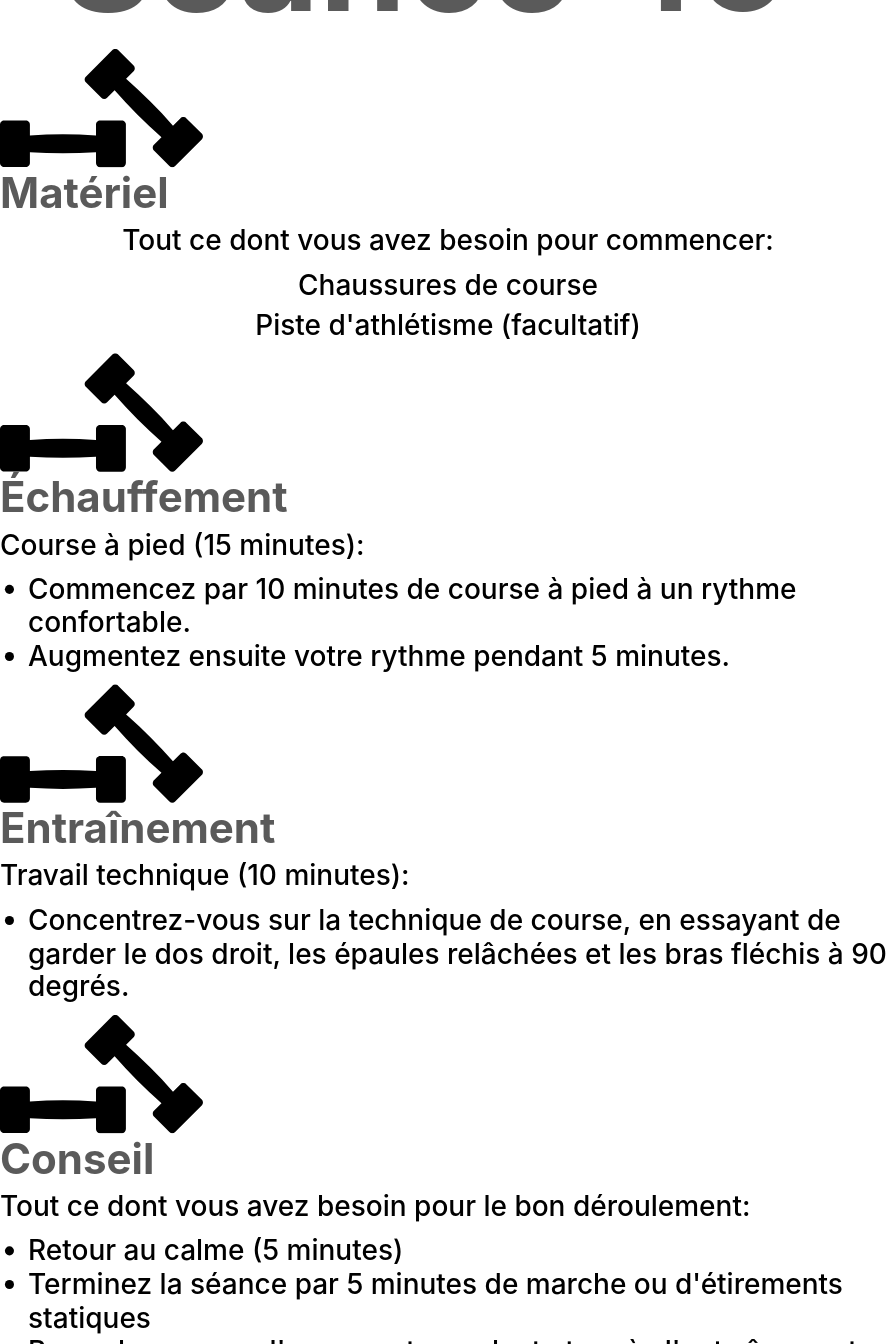
Repository: AdilGHAZAL/MosaiqueWebdoc
Page: /
The author's editor kept a copy of each file at every save. The page is drawn from the files as they stood at one save, then again after the next save.
The browser window is 1280 px wide. The pictures show the part of the page from y = 429 to 2349 px (the page is 3540 px tall before and 4180 px after), at 70% of full size.
Some web fonts or font styles are not loaded; a fallback is used. Some web libraries are served in a nearby version. The project was rebuilt for these pictures with package versions that can differ from the ones it lists, and the page was loaded fresh each time. Also part of the build but not shown: vite.config.js, src/App.css, src/components/Athletes.css, src/firebaseConfig.jsx, src/components/Athletes.jsx, src/components/Athletes2.jsx, src/components/Athletes3.jsx, src/components/VideoYoutube.css and 13 more.

Above is the page before, as saved 2024-05-02 21:13:22.

### index.html
<!doctype html>
<html lang="en">
  <head>
    <meta charset="UTF-8" />
    <link rel="icon" type="image/svg+xml" href="./src/logos/logoMosaique.svg" />
    <meta name="viewport" content="width=device-width, initial-scale=1.0" />
    <title>Mosaique</title>
    <link rel="preconnect" href="https://fonts.googleapis.com">
<link rel="preconnect" href="https://fonts.gstatic.com" crossorigin>
<link href="https://fonts.googleapis.com/css2?family=Mina:wght@400;700&display=swap" rel="stylesheet">
<link rel="stylesheet" href="https://cdn.jsdelivr.net/npm/bootswatch@4.5.2/dist/minty/bootstrap.min.css">
  </head>
  <body>
    <div id="root"></div>
    <script type="module" src="/src/main.jsx"></script>
  </body>
</html>

### src/App.jsx
import React from 'react';
import { BrowserRouter as Router, Routes, Route } from 'react-router-dom';
import './App.css';
import HomePage from './components/HomePage';
import Athlete1 from './Athelete1/Athlete1'; // Correct the file path
import LoginScreen from './LoginScreen';
import MainView from './backoffice';
import TrainingPage from './TrainingPage';

const App = () => {
    return (
        <Router>
            <Routes>
                <Route path="/" element={<TrainingPage/>} />
                <Route path="/athlete/:id" element={<Athlete1 />} />
                <Route path="/login" element={<LoginScreen />} />
                <Route path="/backoffice" element={<MainView />} />
            </Routes>
        </Router>
    );
};

export default App;

### src/index.css
:root {
  --rose: #E9257F

}

### src/TrainingPage.jsx
import React from 'react';
import './TrainingPage.css';  // Assurez-vous que le chemin vers le fichier CSS est correct
import Navbar from './components/Navbar';
import Footer from './components/Footer';

const TrainingPage = () => {
  return (

    <div className="containerTraining">
      <Navbar/>
      <section className="session-info">
        <h2>Tout pour bien commencer</h2>
      </section>

      <div className="sectionMaterial">
        <h1>Séance 45'</h1>
        <img src="./src/assets/Icon2.svg" alt="Icône séance" />
        <h2>Matériel</h2>
        <p>Tout ce dont vous avez besoin pour commencer:</p>
        <ul>
          <li> Chaussures de course</li>
          <li> Piste d'athlétisme (facultatif)</li>
        </ul>
      </div>

      <div className="sectionWarmUp">
        <img src="./src/assets/Icon2.svg" alt="Icône échauffement" />
        <h2>Échauffement</h2>
        <div>
          <p>Course à pied (15 minutes):</p>
          <ul>
            <li>Commencez par 10 minutes de course à pied à un rythme confortable.</li>
            <li>Augmentez ensuite votre rythme pendant 5 minutes.</li>
          </ul>
        </div>
      </div>

      <div className="sectionTraining">
        <img src="./src/assets/Icon2.svg" alt="Icône entraînement" />
        <h2>Entraînement</h2>
        <div>
          <p>Travail technique (10 minutes):</p>
          <ul>
            <li>Concentrez-vous sur la technique de course, en essayant de garder le dos droit, les épaules relâchées et les bras fléchis à 90 degrés.</li>
          </ul>
        </div>
      </div>

      <div className="sectionAdvice">
        <img src="./src/assets/Icon2.svg" alt="Icône conseil" />
        <h2>Conseil</h2>
        <div>
          <p>Tout ce dont vous avez besoin pour le bon déroulement:</p>
          <ul>
            <li>Retour au calme (5 minutes)</li>
            <li>Terminez la séance par 5 minutes de marche ou d'étirements statiques</li>
            <li>Buvez beaucoup d'eau avant, pendant et après l'entraînement</li>
            <li>Variez vos séances d'entraînement pour éviter la monotonie et de vous blesser</li>
          </ul>
          <p>Voici quelques exemples d'exercices de mobilité, de technique de course, de plyométrie et de renforcement musculaire :</p>
          <ul>
            <li>Exercices de mobilité: Cercles de bras, Rotations de hanches, Fentes</li>
            <li>Technique de course: Course avec foulées courtes, talons au sol, montée des genoux</li>
            <li>Plyométrie: Sauts de grenouille, Talons-fesses</li>
            <li>Renforcement musculaire: Squats, Fentes, Pompes, Exercices avec poids légers</li>
          </ul>
        </div>
      </div>
      <Footer/>
    </div>
  );
};

export default TrainingPage;

### src/components/Navbar.jsx
import React, { useState } from 'react';
import './Navbar.css';
import Burger from "../assets/menuBurger.svg";
import Cross from "../assets/cross.svg";
import iconMosaique from "../logos/logoMosaique.svg";
import iconVilleparis from "../logos/logoVilledeparis.svg";

const Navbar = () => {
  const [isOpen, setOpen] = useState(false); // State to manage the menu visibility

  return (
    <div className="navbar">
      <div className="logo-container">
        <a href="URL_of_the_first_logo" target='_blank' rel="noopener noreferrer">
          <img className="logo" src={iconMosaique} alt="First Logo" />
        </a>
        <img className="cross-icon" src={Cross} alt="Cross Icon" />
        <a href="https://www.paris.fr"  target='_blank' rel="noopener noreferrer">
          <img className="logo" src={iconVilleparis} alt="Second Logo" />
        </a>
      </div>
      <div className="right-container">
        <div className="text-containerNav">
            Athlétisme
        </div>
        <div className="menuBurger">
          <img src={Burger} alt="Menu Burger Icon" onClick={() => setOpen(!isOpen)} />
        </div>
      </div>
      {isOpen && (
        <div className="dropdown-menu">

          <a href="/login">Login</a>
          <a href="#parcours">Des parcours examplaire</a>
          <a href="#exclusive">Vidéo exclusive</a>
          <a href="#sessions">Séances d'entraînement</a>
        </div>
      )}
    </div>
  );
};

export default Navbar;

### src/components/HomePage.css
/* App.css */
body {
    margin: 0;
    background-color: #ffffff;
    color: #000000;
    display: flex;
    flex-direction: column;
    align-items: center;
    justify-content: center;
    min-height: 100vh;

  }

  .app-container {
      font-family: "SF Pro Display-Medium", Helvetica;
    width: 100vw;
    height: 100%;
    min-height: 100vh;
    /*  background-image: url('./assets/ub1.png');*/
    display: flex;
    flex-direction: column;
    margin: auto;
    background-color: #ffffff;
  }

  .main-title {
    font-family: 'SF Pro Display', sans-serif;
    font-size: 70px;
    font-weight: 500;
    line-height: 83.54px;
    text-align: center;
    margin-top: 100px;
    color: #000000;

  }


  .bold-text {
    font-weight: 700;
  }

  .content {
    padding: 20px;
    width: 100%;
    max-width: 1200px;
    margin: auto;

  }

  .UBimage {
    width: auto;
  }

  .bottom-text {
    font-size: 18px;
    text-align: center;
    margin-top: 30px;
  }
  .scroll-reveal > * {
    /* text-align: justify; */
    display: inline;
    color:hsl(0deg 22.14% 64.8% / 20%);
    font-size: 60px;
    font-weight: 500;
    background-clip: text;
    background-repeat: no-repeat;
    background-size: 0% 100%;
    background-image: linear-gradient( #E9257F, #ce1f71 );
    animation: scroll-reveal linear forwards;
    animation-timeline: view();
  }

  .scroll-text {

    text-align: justify;
  }
  @keyframes scroll-reveal {
    to {
      background-size: 100% 100%;
    }
  }
  .scroll-reveal p {
    /* font-family: SF Pro Display; */


  }

  .scrollPhotos {
    display: flex;
    justify-content: flex-start; /* Align photos to the maximum left */
    width: 100%;
    overflow-x: auto; /* Enable horizontal scrolling if photos exceed container width */
    padding: 20px 0; /* Optional padding */
  }

### src/components/Footer.jsx
import React from 'react';
import './Footer.css';

function Footer() {
  return (
    <footer className="footer" style={{ backgroundImage: "url('./assets/footer.png')" }}>
      <div className="container">
      </div>
    </footer>
  );
}

export default Footer;

### src/TrainingPage.css
/* Styles pour "Tout pour bien commencer" */
.session-info h2 {
    font-family: 'SF Pro Display', sans-serif;
    font-size: 70px;
    font-weight: 500;
    line-height: 83.54px;
    text-align: center;
    margin-top: 10rem;
  }

  .sectionMaterial h1 {
    font-family: 'SF Pro Display', sans-serif;
    font-size: 200px;
    font-weight: 700;
    line-height: 238.67px;
    text-align: center;
  }

  /* Styles pour "Matériel" */
  .sectionMaterial h2 {
    font-family: 'SF Pro Display', sans-serif;
    font-size: 60px;
    font-weight: 700;
    line-height: 71.6px;
    text-align: justify; /* Notez que 'justify' n'est pas valide pour 'text-align', vous voudriez peut-être utiliser 'justified' dans une classe différente si c'est nécessaire */
  }

  /* Styles pour "Tout ce dont vous avez besoin pour commencer:" et la liste */
  .sectionMaterial p, .sectionMaterial ul {
    font-family: 'SF Pro Display', sans-serif;
    font-size: 40px;
    font-weight: 500;
    line-height: 47.73px;
    text-align: center;
  }

  /* Styles additionnels pour la liste pour garder les icônes alignées */
  .sectionMaterial ul {
    padding: 0;
    list-style-type: none; /* Enlève les puces de la liste */
  }

  .sectionMaterial li {
    margin-bottom: 10px; /* Espacement entre les éléments de la liste */
  }

  .sectionMaterial .icon {
    font-size: 40px; /* Assure que les icônes ont la même taille de police que le texte */
    margin-right: 10px; /* Espacement entre l'icône et le texte */
  }
  .sectionWarmUp h2 {
    font-family: 'SF Pro Display', sans-serif;
    font-size: 60px;
    font-weight: 700;
    line-height: 71.6px;
    text-align: justify; /* Note: 'justify' n'est pas typiquement utilisé pour les titres, envisagez 'left', 'center', ou 'right' */
  }
  .sectionWarmUp div p, .sectionWarmUp div ul {
    font-family: 'SF Pro Display', sans-serif;
    font-size: 40px;
    font-weight: 700; /* pour le texte plus gras */
    line-height: 47.73px;
    text-align: left;
  }

  .sectionWarmUp div p, .sectionWarmUp div ul li {
    font-family: 'SF Pro Display', sans-serif;
    font-size: 40px;
    font-weight: 500; /* pour le texte moins gras */
    line-height: 47.73px;
    text-align: left;
  }
  .sectionTraining h2 {
    font-family: 'SF Pro Display', sans-serif;
    font-size: 60px;
    font-weight: 700;
    line-height: 71.6px;
    text-align: justify; /* Note: 'justify' n'est pas typiquement utilisé pour les titres, envisagez 'left', 'center', ou 'right' */
  }
  .sectionTraining div p, .sectionTraining div ul {
    font-family: 'SF Pro Display', sans-serif;
    font-size: 40px;
    font-weight: 700; /* pour le texte plus gras */
    line-height: 47.73px;
    text-align: left;
  }

  .sectionTraining div p, .sectionTraining div ul li {
    font-family: 'SF Pro Display', sans-serif;
    font-size: 40px;
    font-weight: 500; /* pour le texte moins gras */
    line-height: 47.73px;
    text-align: left;
  }
  .sectionAdvice h2 {
    font-family: 'SF Pro Display', sans-serif;
    font-size: 60px;
    font-weight: 700;
    line-height: 71.6px;
    text-align: justify; /* Note: 'justify' n'est pas typiquement utilisé pour les titres, envisagez 'left', 'center', ou 'right' */
  }
  .sectionAdvice div p, .sectionAdvice div ul {
    font-family: 'SF Pro Display', sans-serif;
    font-size: 40px;
    font-weight: 700; /* pour le texte plus gras */
    line-height: 47.73px;
    text-align: left;
  }

  .sectionAdvice div p, .sectionAdvice div ul li {
    font-family: 'SF Pro Display', sans-serif;
    font-size: 40px;
    font-weight: 500; /* pour le texte moins gras */
    line-height: 47.73px;
    text-align: left;
  }

### src/components/Navbar.css

.navbar {
    position: fixed;
    top: 0;
    left: 0;
    right: 0;
    display: flex;
    justify-content: space-between;
    align-items: center;
    padding: 10px 20px;
    background-color: #fff;
    box-shadow: 0 2px 4px rgba(0,0,0,0.1);
    z-index: 1000;

  }

  .logo-container {
    display: flex;
    align-items: center;
  }

  .logo {
    height: 50px;
    margin-right: 15px;
  }

  .cross-icon {
    height: 20px;
    margin-right: 15px;
  }

  .menuBurger img {
    cursor: pointer;
    height: 30px;
  }

  .text-containerNav {
    font-size: 20px;
    color: #000;
    font-weight: bold;
    margin-right: 20px;
  }


  .right-container {
    display: flex;
    align-items: center;
  }
  .dropdown-menu {
    display: flex;
    flex-direction: row;
    position: absolute;
    top: 60px;
    right: 20px;
    background: white;
    box-shadow: 0 4px 8px rgba(0,0,0,0.1);
    padding: 10px;
    z-index: 1010;
  }

  .dropdown-menu a {
    padding: 8px 12px;
    color: black;
    text-decoration: none;
    font-size: 16px;
    border-bottom: 1px solid #f1f1f1;
  }

  .dropdown-menu a:last-child {
    border-bottom: none;
  }

  .dropdown-menu a:hover {
    background-color: #f8f8f8;
  }


  @media (max-width: 992px) {
    .menuBurger img {
      height: 25px;
    }

    .text-containerNav {
      font-size: 18px;
    }
  }

  @media (max-width: 768px) {
    .logo {
      height: 40px;
    }

    .text-containerNav {
      font-size: 16px;
      margin-right: 10px;
    }

    .menuBurger {
      display: block;
    }

    .cross-icon {
      display: none;
    }
  }

  @media (max-width: 480px) {
    .navbar {
      flex-direction: column;
      align-items: center;
      padding: 10px;
    }

    .logo-container,
    .right-container {
      flex-direction: column;
      align-items: center;
      width: 100%;
    }

    .logo {
      margin-bottom: 5px;
    }

    .text-containerNav, .menuBurger {
      width: 100%;
      justify-content: center;
      display: flex;
      margin-top: 5px;
    }

    .menuBurger img {
      margin: auto;
    }
  }

### src/components/Footer.css
/* Footer.css */

/* Style for the footer */
.footer {
    background-image: url('your-image-url.jpg'); /* Specify the URL of your background image */
    background-size: cover; /* Ensure the image covers the entire footer */
    background-position: center; /* Center the image within the footer */
    padding: 0;
    text-align: center;
    width: 100%;
    height: 551px; /* Fixed height of the footer */
    margin-top: 50px;
}

/* Style for the container inside the footer */
.footer .container {
    background-image: url('../assets/footer.png');
    background-repeat: no-repeat;
    background-size: 100% 100%; /* Make the background image fill the container */
    height: 551px;
    width: 100%;
    margin: 0 auto;
}

/* Style for the text inside the footer */
.footer .text-muted {
    color: #6c757d;
}

@media (max-width: 100%) {
    /* Adjust styles for smaller screen widths */
    .footer {
        height: auto; /* Allow footer to expand with content */
        padding: 20px;
    }

    .footer .container {
        max-width: 100%; /* Adjust container width for smaller screens */
    }
}

### src/components/PhotoGrid.css
.photoGridContainer {
    display: grid;
    grid-template-columns: repeat(4, 1fr);
    grid-template-rows: repeat(6, 1fr);
    grid-column-gap: 0px;
    grid-row-gap: 0px;
    width: 60rem;
    height: 80rem;
    margin: 40px auto;

  }
  .photoGridContainer > div {
    position: relative; /* Ensure the divs can contain absolutely positioned content */
  }

  .photoGridContainer img {
    width: 100%;
    height: 100%;
    object-fit: cover; /* Make the images cover the entire area */
  }

  .div1 { grid-area: 1 / 1 / 3 / 3; }
  .div2 { grid-area: 1 / 3 / 4 / 5; }
  .div3 { grid-area: 4 / 3 / 7 / 5; }
  .div4 { grid-area: 3 / 2 / 5 / 3; }
  .div5 { grid-area: 5 / 2 / 7 / 3; }
  .div6 { grid-area: 3 / 1 / 7 / 2; }

  .photoGridContainer div {
    margin: 5px;

  }
  .photoGridText p {
    width: 55rem;
    font-size: 27px;
    display: flex;
    justify-content: center;
    align-items: center;
  }

  .container{
    display: flex;
    flex-direction: column;
    align-items: center;
  }

Loaded but not shown: src/main.jsx (common file)

After the next save:
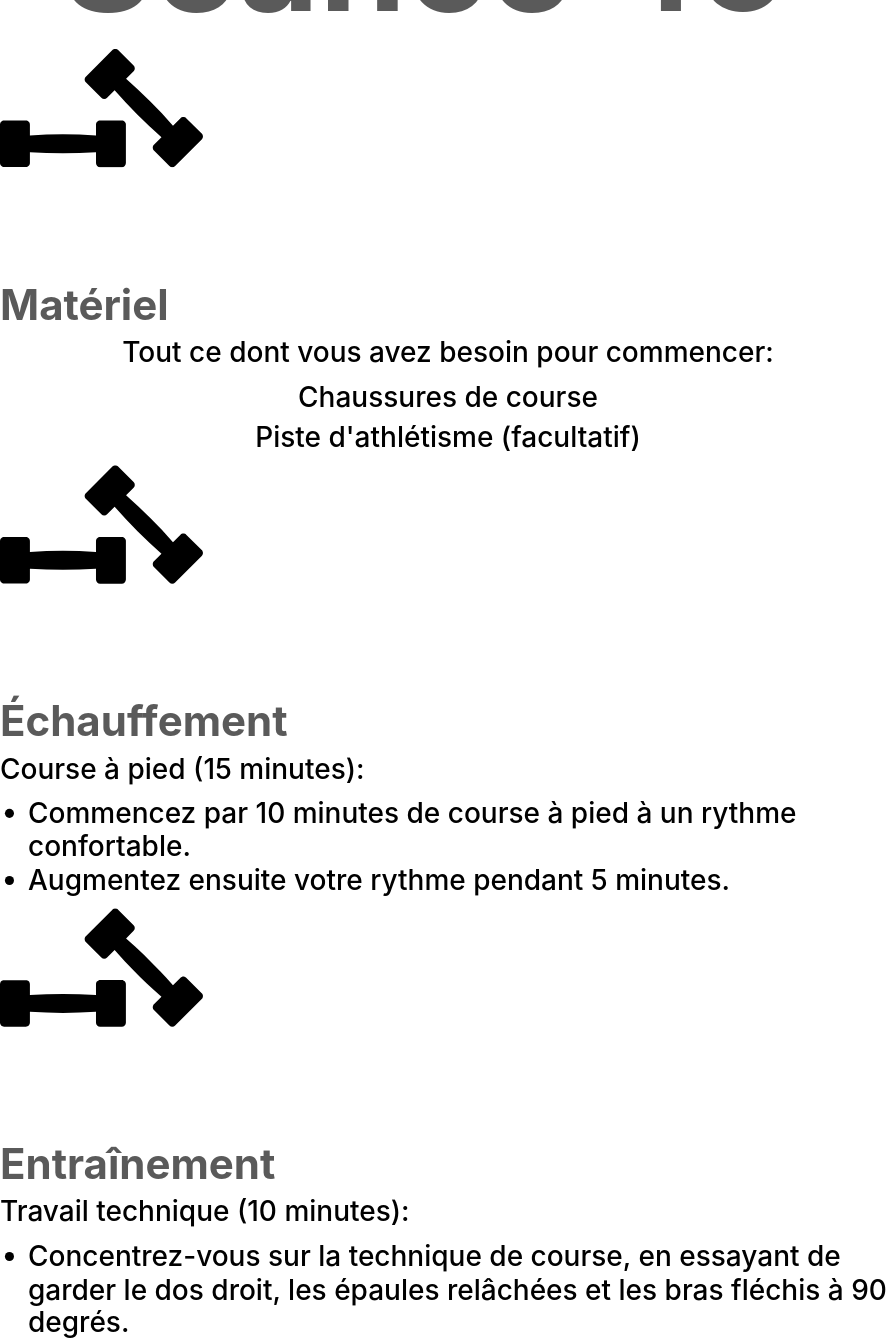
Saved 20 s later.
--- a/src/TrainingPage.css
+++ b/src/TrainingPage.css
@@ -1,5 +1,5 @@
 /* Styles pour "Tout pour bien commencer" */
-.session-info h2 {
+.session-info ,h2 {
     font-family: 'SF Pro Display', sans-serif;
     font-size: 70px;
     font-weight: 500;

After the save that followed:
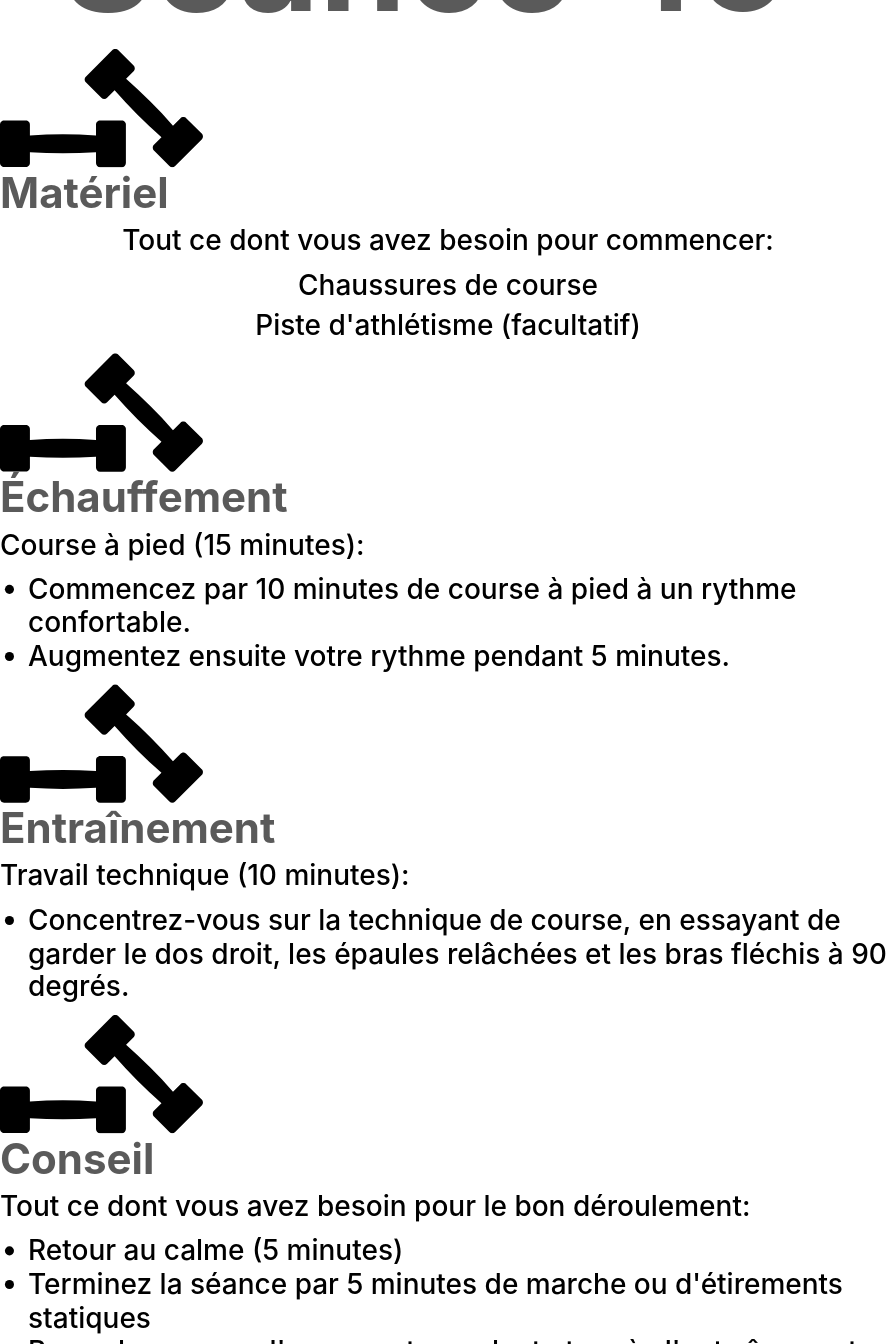
Saved 12 s later.
--- a/src/TrainingPage.css
+++ b/src/TrainingPage.css
@@ -1,5 +1,5 @@
 /* Styles pour "Tout pour bien commencer" */
-.session-info ,h2 {
+.session-info h2 {
     font-family: 'SF Pro Display', sans-serif;
     font-size: 70px;
     font-weight: 500;
